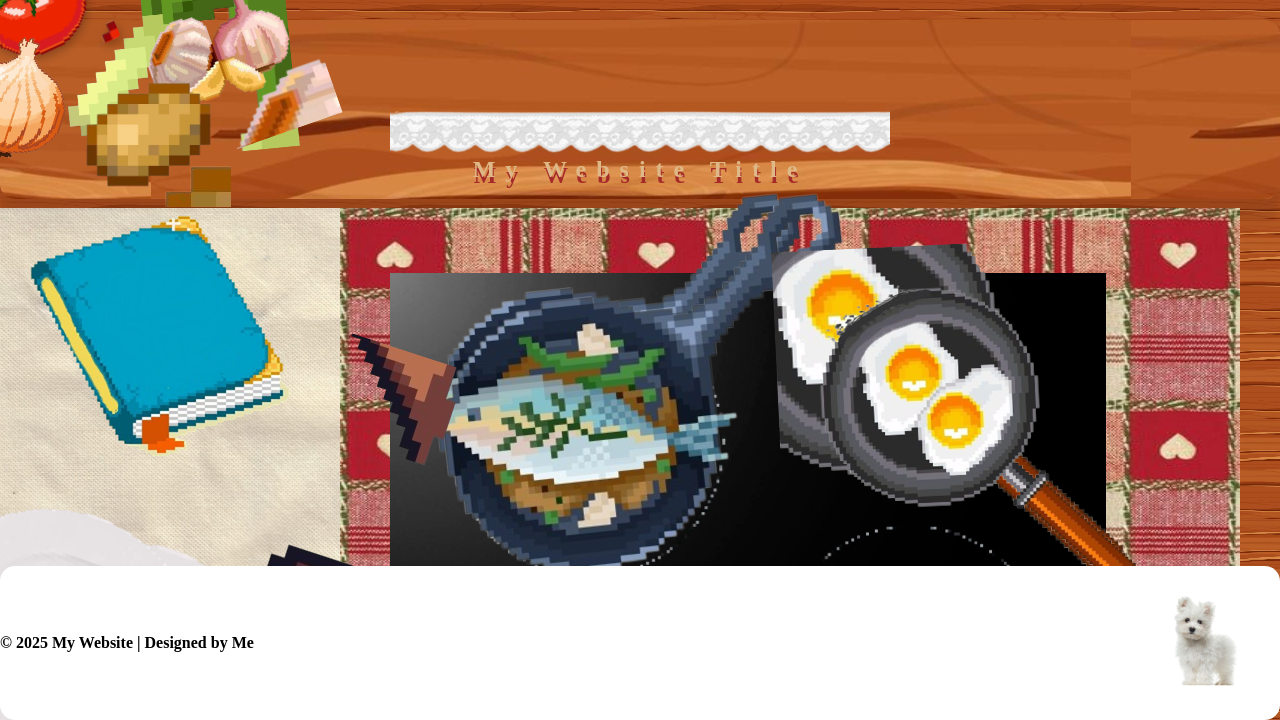
Repository: AJamdonuts/ToddyTalks
Page: playingaround2/pages/chefsujin.html
The author's editor kept a copy of each file at every save. The page is drawn from the files as they stood at one save, then again after the next save.
The browser window is 1280 px wide. The pictures show the whole page.

Above is the page before, as saved 2025-11-26 23:38:06.

### playingaround2/pages/chefsujin.html
<!DOCTYPE html>
<html>
<head>
    <meta charset="UTF-8">
    <meta name="viewport" content="width=device-width, initial-scale=1">
    <link href="/playingaround2/styles/chefsujin.css" rel="stylesheet">
    <script src="/playingaround2/javascript/chefsujin.js" defer></script>
    <title>Chef Sujin</title>
    <link rel="icon" type="image/x-icon" href="/playingaround2/images/favicon.ico">
</head>
<body>
    <div class="page-background">
        <div class="site-wrapper">
            <header>
                <div class="header-images">
                    <img src="/playingaround2/images/bearf.png" alt="Header Image" class="img1">
                    <img src="/playingaround2/images/IMG_0128.PNG" alt="Header Image 2" class="img2">
                </div>
                <h1>My Website Title</h1>
            </header>

            <div class="section-divider">

            </div>
            <main>
                <div class="canvas">
                    <img src="/playingaround2/images/09362b8ce39beb85f830c3373e6b392c-removebg-preview.png" alt="Chef Sujin Banner" class="chef-sujin-banner">
                    <img src="/playingaround2/images/b41e50d46e26e9463ce130b2da7a46aa.jpg" class="creamtexture">
                    <img src="/playingaround2/images/check table cloth.jpg" class="checktablecloth">
                    <img src="/playingaround2/images/pxArt-2.png" class="hob">
                    <img src="/playingaround2/images/pixil-frame-0-removebg-preview 1.png" class="recipebook">
                    <img src="/playingaround2/images/fishpan.png" class="fishpan">
                    <img src="/playingaround2/images/leek-removebg-preview.png" class="leek">
                    <img src="/playingaround2/images/garlic-removebg-preview.png" class="garlic">
                    <img src="/playingaround2/images/d95fa1e62c663504736614e026fc4862-removebg-preview.png" class="potato">
                    <img src="/playingaround2/images/pixil-frame-0-removebg-preview.png" class="eggpan" >
                    <img src="/playingaround2/images/pxArt-2-removebg-preview.png" class="vegpan">
                    <img src="/playingaround2/images/pxArt-removebg-preview.png" class="plate">
                    <img src="/playingaround2/images/tomato-removebg-preview.png" class="tomato">
                    <img src="/playingaround2/images/onion-removebg-preview.png" class="onion">
                    <img src="/playingaround2/images/IMG_0236_2-removebg-preview.png" class="beararm1" >
                    <img src="/playingaround2/images/IMG_0236-removebg-preview.png" class="beararm2" >
                </div>
            </main>

            <div class="section-divider">

            </div>

            <footer>
                <div class="footer-content">
                    <p class="footer-text">© 2025 My Website | Designed by Me</p>
                    <a href="https://example.com">
                    <img src="/playingaround2/images/ -16.png" alt="Footer Logo" class="footer-img">
                    </a>
                </div>
            </footer>

        </div> <!-- .site-wrapper -->
    </div> <!-- .page-background -->



</body>
</html>

### playingaround2/styles/chefsujin.css

html, body {
    background-image: url('/playingaround2/images/kitchencounter.jpg');
    background-repeat: repeat; /* repeat the image */
    background-size: 300px 100px; /* set width and height for each tile */
    background-position: top left; /* start tiling from top-left */
    background-attachment: scroll; /* moves with page */
    background-color: #ffffff; /* fallback color */
    width: 100%;
    height: 100%;
    margin: 0;
    padding: 0;
    overflow: hidden; /* prevents scrolling */
}




.page-background {
    position: relative; /* Essential for absolute border elements (if you add them later) */
    width: 100%;
    height: 100%;
    /* Add your overall background/border styles here */
}


.site-wrapper {
    display: flex;
    flex-direction: column;
    height: 100%; /* Take up 100% of .page-background's height */
    max-width: 1440px; /* Example: Limit the content width */
    margin: 0 auto;
}

main {
    flex-grow: 1;
    position: relative;
}

.canvas {

    position: absolute;
    top: 50%;
    left: 50%;
    width: 1440px;   /* design width */
    height: 1024px;  /* design height */
    transform-origin: top left; /* easier to work with scaling */
    transform: translate(-50%, -50%) scale(var(--scale-factor, 1));
    border: 4px solid red !important;
}


.tomato {
    position: absolute;
    width: 133.75px;
    height: 133.75px;
    left: 45.02px;
    top: 55.06px;
    background: url(tomato-removebg-preview.png);
    filter: drop-shadow(0px 4px 4px rgba(0, 0, 0, 0.25));
    border-radius: 4px;
    transform: rotate(-24.58deg);
}

.potato {
    position: absolute;
    width: 165px;
    height: 165px;
    left: 146px;
    top: 161px;
    background: url(d95fa1e62c663504736614e026fc4862-removebg-preview.png);
}

.leek {
    position: absolute;
    width: 257.96px;
    height: 257.96px;
    left: 109.95px;
    top: 20px;
    background: url(leek-removebg-preview.png);
    transform: rotate(-5.62deg);
}

.garlic {
    position: absolute;
    width: 194.8px;
    height: 194.8px;
    left: 200.62px;
    top: 74.87px;
    background: url(garlic-removebg-preview.png);
    transform: rotate(-19.27deg);
}

.onion {
    position: absolute;
    width: 126.18px;
    height: 144.28px;
    left: 32px;
    top: 145.3px;
    background: url(onion-removebg-preview.png);
    transform: rotate(17.63deg);
    }

.recipebook {
    position: absolute;
    width: 300px;
    height: 300px;
    left: 90px;
    top: 302px;
}

.plate {
    position: absolute;
    width: 334.76px;
    height: 332.75px;
    left: -40px;
    top: 616px;
    background: url(pxArt-removebg-preview.png);
    transform: rotate(19.64deg);
}

.beararm1 {
    position: absolute;
    width: 448.49px;
    height: 883.17px;
    left: 132px;
    top: 450px;
    background: url(IMG_0236_2-removebg-preview.png);
    transform: matrix(0.95, 0.31, 0.31, -0.95, 0, 0);
}

.beararm2 {
    position: absolute;
    width: 348.8px;
    height: 764.5px;
    left: 1000px;
    top: 500px;
    background: url(IMG_0236-removebg-preview.png);
    transform: matrix(0.99, -0.13, -0.13, -0.99, 0, 0);
}

.fishpan {
    position: absolute;
    width: 546.95px;
    height: 546.95px;
    left: 460px;
    top: 280px;
    background: url(fishpan.png);
    transform: rotate(-6.22deg);
}

.eggpan {
    position: absolute;
    width: 396px;
    height: 396px;
    left: 860px;
    top: 362.44px;
    background: url(pixil-frame-0-removebg-preview.png);
    transform: rotate(177.33deg);
}

.vegpan {
    position: absolute;
    width: 207px;
    height: 310px;
    left: 560px;
    top: 680px;
    background: url(pxArt-2-removebg-preview.png);
    transform: rotate(81.24deg);
}

.hob {
    position: absolute;
    width: 716px;
    height: 632px;
    left: 470px;
    top: 392px;
    background: url(pxArt-2.png);
}

.creamtexture {
    position: absolute;
    width: 476px;
    height: 696px;
    left: 0px;
    bottom:0px;
    top: 327px;
    background: url(b41e50d46e26e9463ce130b2da7a46aa.jpg);
}

.checktablecloth {
    position: absolute;
    width: 900px;
    height: 697px;
    bottom: 0px;
    top: 327px;
    left: 420px;
}


footer {
    flex-shrink: 0;
    width: 100%;
    background-color: white;
    border-radius: 15px;
    box-sizing: border-box;
    z-index: 1000;
}

.footer-content {
  display: flex;
  justify-content: space-between; /* text left, image right */
  align-items: center;           /* vertically center text & image */
  max-width: 100%; /* Keep it aligned with max width of canvas */
  margin: 0 auto;
}

.footer-text {
  color: black;
  font-weight: bold;
  font-size: 1rem;
  margin: 0;
}

.footer-img {
  width: 150px;                     /* size of your image */
  height: auto;
  cursor: pointer;                 /* shows it’s clickable */
  transition: transform 0.3s;
  padding: 0%;
  margin: 0%;
}

.footer-img:hover {
  transform: scale(1.1);           /* optional hover effect */
}


header {
  text-align: center;
  margin: 20px auto;
  width: 100%;
  border-radius: 15px;
  background-image: url(/playingaround2/images/kitchencounter.jpg);

  background-position: center;
  box-shadow: 0 20px 10px rgba(0,0,0,0.1);

  /* Flex to center content */
  display: flex;
  flex-direction: column;
  align-items: center;
}

/* IMAGE CONTAINER */
.header-images {
  position: relative;       /* creates a frame for absolute children */
  width: 120px;               /* how wide the image area is */
  max-width: 120px;         /* don’t let it grow too large */
  overflow: hidden;
  height: 120px;              /* fixed height */
}

/* BOTH IMAGES STACKED ON TOP OF EACH OTHER */
.header-images img {
  position: absolute;
  top: 0;
  left: 0;
  width: 100%;              /* fill container */
  height: 100%;
  object-fit: cover;
  opacity: 0;               /* start hidden */
  animation: swap 6s infinite; /* 6-second repeating animation */
  transition: opacity 1s;
}

/* First image visible first */
.header-images .img1 {
  animation-delay: 0s;
}

/* Second image appears halfway through */
.header-images .img2 {
  animation-delay: 3s;
}


header h1 {
    font-size: 1.5em;
    font-weight: bold;
    font-family: 'ToddyTalks';
    color: burlywood;
    text-shadow: 1px 6px brown;
    letter-spacing: 10px;
}

/* Main section styles */
main {
  text-align: center;
  margin: 20px auto;              /* space around the box */
  width: 100%;                     /* take up 100% of the screen width */
}

### playingaround2/javascript/chefsujin.js
function calculateScaleFactor() {
    const DESIGN_WIDTH = 1440;
    const DESIGN_HEIGHT = 1024;
    const MIN_SCALE = 0.5;

    const viewportWidth = window.innerWidth;
    const viewportHeight = window.innerHeight;

    const widthScale = viewportWidth / DESIGN_WIDTH;
    const heightScale = viewportHeight / DESIGN_HEIGHT;

    const scaleFactor = Math.min(widthScale, heightScale, 1); // never scale above 1
    const finalScale = Math.max(scaleFactor, MIN_SCALE);      // never scale below MIN_SCALE

    const canvas = document.querySelector('.canvas');
    if (canvas) {
        canvas.style.setProperty('--scale-factor', finalScale);
    }
}

window.addEventListener('resize', calculateScaleFactor);
document.addEventListener('DOMContentLoaded', calculateScaleFactor);
function calculateScaleFactor() {
    const DESIGN_WIDTH = 1440;
    const DESIGN_HEIGHT = 1024;
    const MIN_SCALE = 1;

    const viewportWidth = window.innerWidth;
    const viewportHeight = window.innerHeight;

    const widthScale = viewportWidth / DESIGN_WIDTH;
    const heightScale = viewportHeight / DESIGN_HEIGHT;

    const scaleFactor = Math.min(widthScale, heightScale, 1); // never scale above 1
    const finalScale = Math.max(scaleFactor, MIN_SCALE);      // never scale below MIN_SCALE

    const canvas = document.querySelector('.canvas');
    if (canvas) {
        canvas.style.setProperty('--scale-factor', finalScale);
    }
}

window.addEventListener('resize', calculateScaleFactor);
document.addEventListener('DOMContentLoaded', calculateScaleFactor);

After the next save:
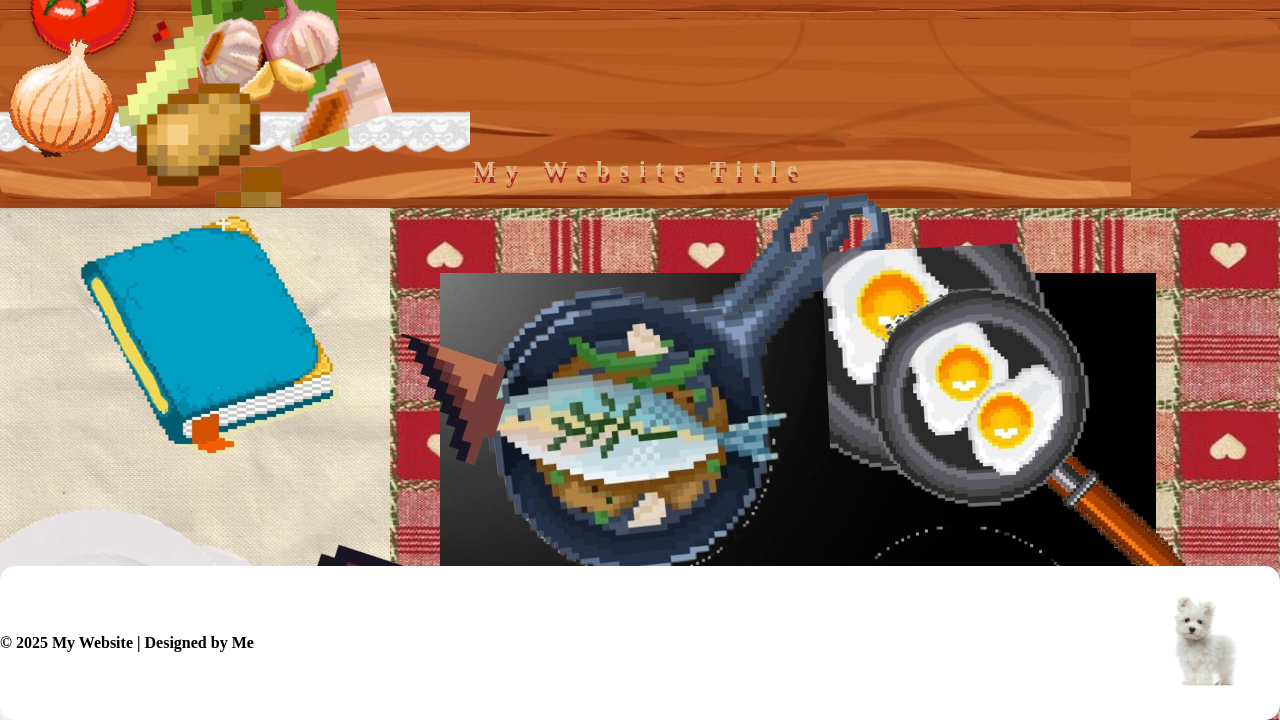
Saved 4 min 13 s later.
--- a/playingaround2/pages/chefsujin.html
+++ b/playingaround2/pages/chefsujin.html
@@ -24,22 +24,24 @@
             </div>
             <main>
                 <div class="canvas">
-                    <img src="/playingaround2/images/09362b8ce39beb85f830c3373e6b392c-removebg-preview.png" alt="Chef Sujin Banner" class="chef-sujin-banner">
-                    <img src="/playingaround2/images/b41e50d46e26e9463ce130b2da7a46aa.jpg" class="creamtexture">
-                    <img src="/playingaround2/images/check table cloth.jpg" class="checktablecloth">
-                    <img src="/playingaround2/images/pxArt-2.png" class="hob">
-                    <img src="/playingaround2/images/pixil-frame-0-removebg-preview 1.png" class="recipebook">
-                    <img src="/playingaround2/images/fishpan.png" class="fishpan">
-                    <img src="/playingaround2/images/leek-removebg-preview.png" class="leek">
-                    <img src="/playingaround2/images/garlic-removebg-preview.png" class="garlic">
-                    <img src="/playingaround2/images/d95fa1e62c663504736614e026fc4862-removebg-preview.png" class="potato">
-                    <img src="/playingaround2/images/pixil-frame-0-removebg-preview.png" class="eggpan" >
-                    <img src="/playingaround2/images/pxArt-2-removebg-preview.png" class="vegpan">
-                    <img src="/playingaround2/images/pxArt-removebg-preview.png" class="plate">
-                    <img src="/playingaround2/images/tomato-removebg-preview.png" class="tomato">
-                    <img src="/playingaround2/images/onion-removebg-preview.png" class="onion">
-                    <img src="/playingaround2/images/IMG_0236_2-removebg-preview.png" class="beararm1" >
-                    <img src="/playingaround2/images/IMG_0236-removebg-preview.png" class="beararm2" >
+                        <div class="canvas-content">
+                            <img src="/playingaround2/images/09362b8ce39beb85f830c3373e6b392c-removebg-preview.png" alt="Chef Sujin Banner" class="chef-sujin-banner">
+                            <img src="/playingaround2/images/b41e50d46e26e9463ce130b2da7a46aa.jpg" class="creamtexture">
+                            <img src="/playingaround2/images/check table cloth.jpg" class="checktablecloth">
+                            <img src="/playingaround2/images/pxArt-2.png" class="hob">
+                            <img src="/playingaround2/images/pixil-frame-0-removebg-preview 1.png" class="recipebook">
+                            <img src="/playingaround2/images/fishpan.png" class="fishpan">
+                            <img src="/playingaround2/images/leek-removebg-preview.png" class="leek">
+                            <img src="/playingaround2/images/garlic-removebg-preview.png" class="garlic">
+                            <img src="/playingaround2/images/d95fa1e62c663504736614e026fc4862-removebg-preview.png" class="potato">
+                            <img src="/playingaround2/images/pixil-frame-0-removebg-preview.png" class="eggpan" >
+                            <img src="/playingaround2/images/pxArt-2-removebg-preview.png" class="vegpan">
+                            <img src="/playingaround2/images/pxArt-removebg-preview.png" class="plate">
+                            <img src="/playingaround2/images/tomato-removebg-preview.png" class="tomato">
+                            <img src="/playingaround2/images/onion-removebg-preview.png" class="onion">
+                            <img src="/playingaround2/images/IMG_0236_2-removebg-preview.png" class="beararm1" >
+                            <img src="/playingaround2/images/IMG_0236-removebg-preview.png" class="beararm2" >
+                        </div>
                 </div>
             </main>
 
--- a/playingaround2/styles/chefsujin.css
+++ b/playingaround2/styles/chefsujin.css
@@ -49,6 +49,12 @@ main {
     border: 4px solid red !important;
 }
 
+.canvas-content {
+    position: absolute;
+    left: 50px; /* adjust this number: 20px, 40px, 70px, etc. */
+    top: 0;
+}
+
 
 .tomato {
     position: absolute;
